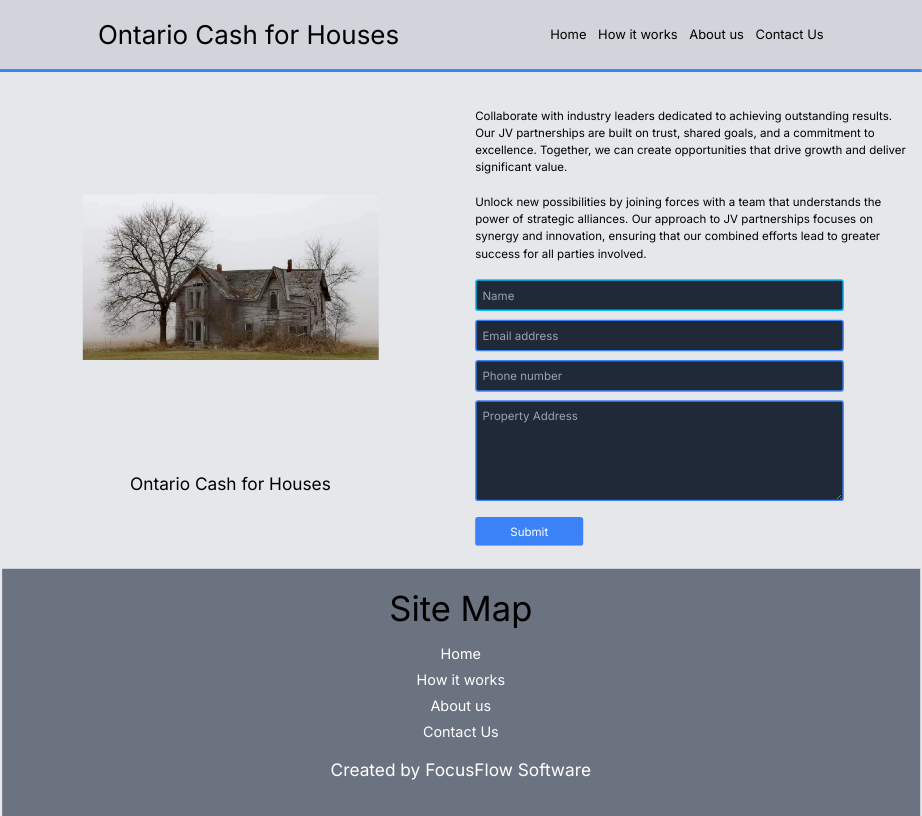
Repository: TMuse333/cash-for-homes
Page: /jv-partners (app in frontend/)
An editor plug-in stored every save of this project. The page is shown before and after a run of saves, followed by the edit.
The browser window is 1280 px wide. The pictures show the whole page, at 72% of full size.
The project was rebuilt for these pictures with package versions that can differ from the ones it lists, and the page was loaded fresh each time. The framework's server and built-in components were replaced by stand-ins that run in the browser. Also part of the build but not shown: frontend/next.config.mjs.

Above is the page before, as saved 2024-09-04 14:12:13.

After the next 3 saves:
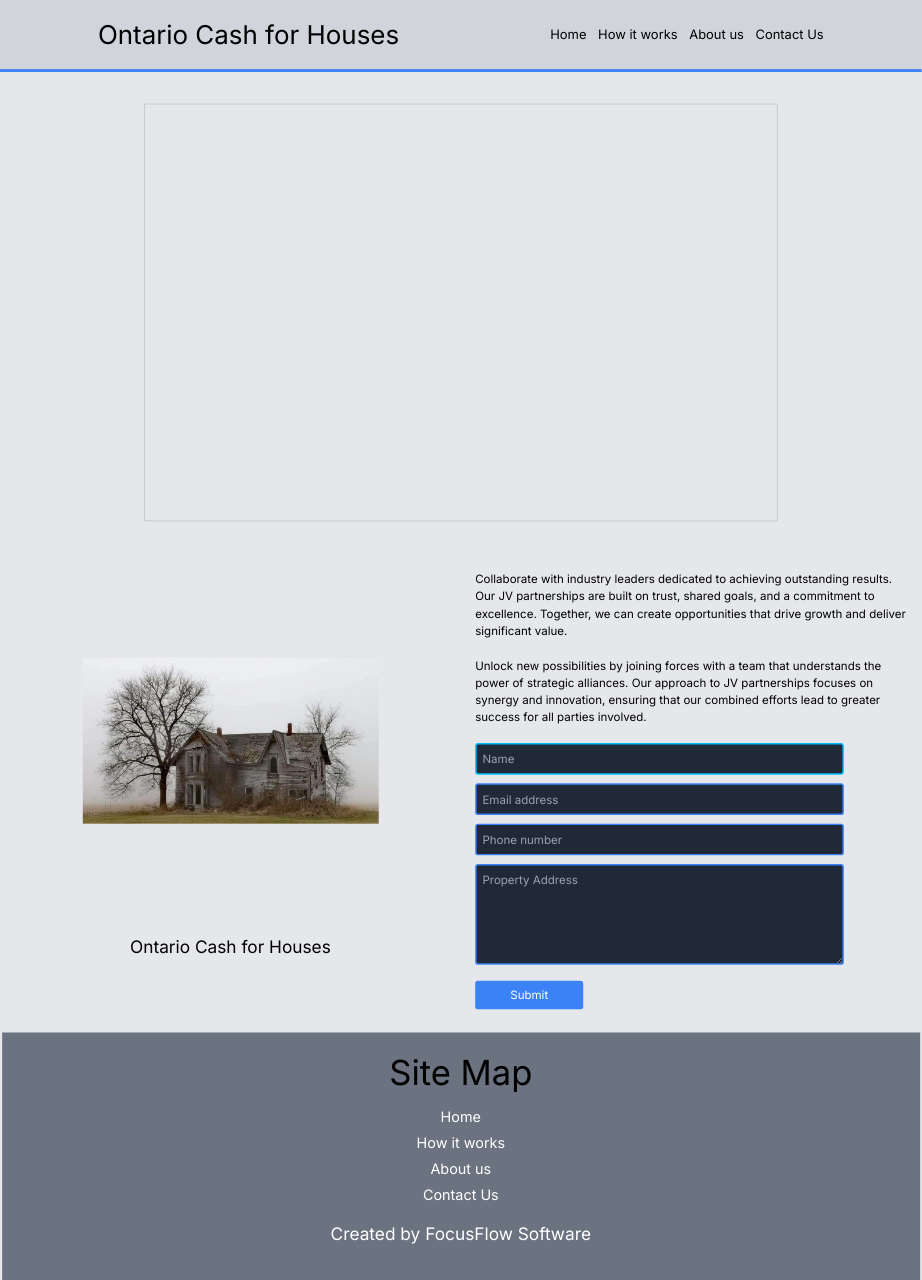
The 3 saves are shown as one change because 1 did not build or start and some came seconds apart.
The last was saved 11 s later.
--- a/frontend/src/app/jv-partners/page.tsx
+++ b/frontend/src/app/jv-partners/page.tsx
@@ -6,6 +6,7 @@ import { accordionProps, jvParallaxContent } from "@/data/data"
 import { TextParallaxContentExample } from "@/components/parallaxText"
 import Footer from "@/components/footer"
 import Accordion from "@/components/accordion"
+import Content2 from "@/components/content2"
 
 const Partners = () => {
 
@@ -37,6 +38,10 @@ const Partners = () => {
     />
     <main className="w-screen
     mt-[8rem] bg-gray-200">
+
+      <Content2
+      im
+      />
         {/* <TextParallaxContentExample
         {...jvParallaxContent}
         /> */}
